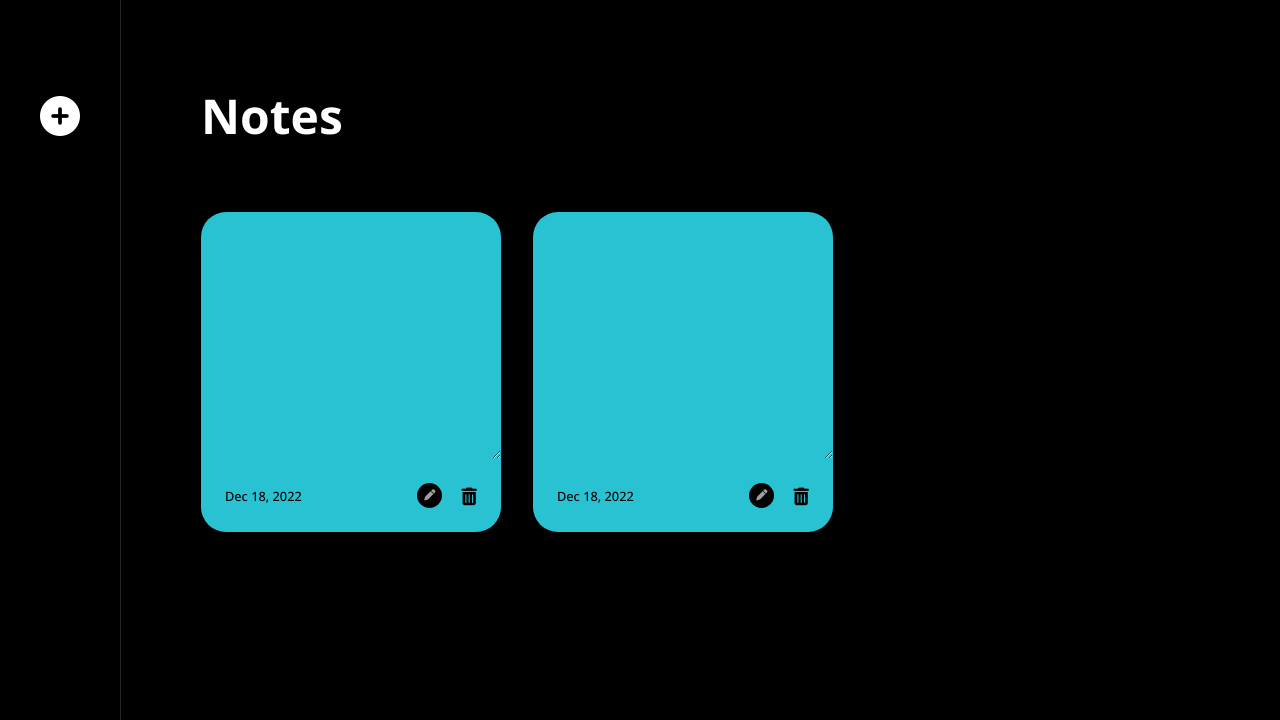
Repository: emiliaiwu/notes_app
Page: index.html
These files come from the project's save history. The page is drawn as it stood at one moment and after the next save; the edit follows.
The browser window is 1280 px wide. The pictures show the whole page.
An inner scrolling area shows only its first screen. Some web libraries are served in a nearby version.

Above is the page before, as saved 2022-12-21 00:32:17.

### index.html
<!DOCTYPE html>
<html lang="en">
<head>
    <meta charset="UTF-8">
    <meta http-equiv="X-UA-Compatible" content="IE=edge">
    <meta name="viewport" content="width=device-width, initial-scale=1.0">
    <script src="https://kit.fontawesome.com/fd9c36575f.js" crossorigin="anonymous"></script>
    <link rel="stylesheet" href="style.css">
    <script src="script.js" defer></script>
    <title>Notes App</title>
</head>
<body>
    <div class="container">
        <div class="add_colors">
            <div class="add_color"><i class="fa-solid fa-circle-plus"></i></div>
            <ul class="note_colors">
                <li  style = "--i: 1; background-color: #F66B6B;" class="note_color c1"></li>
                <li  style = "--i: 2; background-color: #a659ff;" class="note_color c2"></li>
                <li  style = "--i: 3; background-color: #EA9231;" class="note_color c3"></li>
                <li  style = "--i: 4; background-color: #29C2D3;" class="note_color c4"></li>
                <li  style = "--i: 5; background-color: #ef58ce;" class="note_color c5"></li>
                <li  style = "--i: 6; background-color: #F7FC6C;" class="note_color c6"></li>
            </ul>
        </div>
        <div class="notes_container">
            <h1>Notes</h1>
            <div class="notes">
                <!-- <!-- <div class="note addNote">
                    <textarea class="textarea">Lorem ipsum, dolor sit amet consectetur adipisicing elit. Amet voluptas incidunt id voluptatibus dicta excepturi officiis error maxime fuga numquam!
                    </textarea>
                    <div class="footer close">
                        <div class="date">Dec 18, 2022</div>
                        <div class="edit_delete">
                           <div class="edit"><i class="fa-solid fa-pen"></i></div>
                           <div class="delete"><i class="fa-solid fa-trash-can"></i></div>
                        </div>
                    </div>
                    <ul class="footer open">
                        <li class="bold"><span>Bold</span><i class="fa-solid fa-bold"></i></li>
                        <li class="italic"><span>Italic</span><i class="fa-solid fa-italic"></i></li>
                        <li class="underline"><span>Underline</span><i class="fa-solid fa-underline"></i></li>
                        <li class="strikethrough"><span>strikethrough</span><i class="fa-solid fa-strikethrough"></i></li>
                        <li class="toggleBtn"><span>Toggle List</span><i class="fa-solid fa-list-ul"></i></li>
                        <li class="add_image"><span>Add Image</span><i class="fa-solid fa-image"></i></li>
                    </ul>

                </div> -->

                <div class="note addNote">
                    <textarea class="textarea"></textarea>
                    <div class="footer close">
                        <div class="date">Dec 18, 2022</div>
                        <div class="edit_delete">
                           <div class="edit"><i class="fa-solid fa-pen"></i></div>
                           <div class="delete"><i class="fa-solid fa-trash-can"></i></div>
                        </div>
                    </div>
                    <ul class="footer open">
                        <li class="bold"><span>Bold</span><i class="fa-solid fa-bold"></i></li>
                        <li class="italic"><span>Italic</span><i class="fa-solid fa-italic"></i></li>
                        <li class="underline"><span>Underline</span><i class="fa-solid fa-underline"></i></li>
                        <li class="strikethrough"><span>strikethrough</span><i class="fa-solid fa-strikethrough"></i></li>
                        <li class="toggleBtn"><span>Toggle List</span><i class="fa-solid fa-list-ul"></i></li>
                        <li class="add_image"><span>Add Image</span><i class="fa-solid fa-image"></i></li>
                    </ul>

                </div>

                <div class="note addNote">
                    <textarea class="textarea"></textarea>
                    <div class="footer close">
                        <div class="date">Dec 18, 2022</div>
                        <div class="edit_delete">
                           <div class="edit"><i class="fa-solid fa-pen"></i></div>
                           <div class="delete"><i class="fa-solid fa-trash-can"></i></div>
                        </div>
                    </div>
                    <ul class="footer open">
                        <li class="bold"><span>Bold</span><i class="fa-solid fa-bold"></i></li>
                        <li class="italic"><span>Italic</span><i class="fa-solid fa-italic"></i></li>
                        <li class="underline"><span>Underline</span><i class="fa-solid fa-underline"></i></li>
                        <li class="strikethrough"><span>strikethrough</span><i class="fa-solid fa-strikethrough"></i></li>
                        <li class="toggleBtn"><span>Toggle List</span><i class="fa-solid fa-list-ul"></i></li>
                        <li class="add_image"><span>Add Image</span><i class="fa-solid fa-image"></i></li>
                    </ul>

                </div>






            </div>
        </div>




    </div>

</body>
</html>

### style.css
@import url('https://fonts.googleapis.com/css2?family=Open+Sans:wght@300;400;500;700&display=swap');


* {
    margin: 0;
    padding: 0;
    box-sizing: border-box;
    list-style-type: none;

}

body {
    font-family: 'Open Sans', sans-serif;
    width: 100vw;
    height: 100vh;
    background-color: #000;
    color: #fff;

}

h1 {
    font-size: 3rem;
    margin-bottom: 4rem;
    color: #fff;
}

.container {
    display: flex;
    width: 100%;
    height: 100%;
    gap: 2rem;
}

.add_colors {
    border-right: 1px solid rgba(255, 255, 255, 0.15);
    min-height: 100vh;
    display: flex;
    flex-direction: column;
    align-items: center;
    padding: 6rem 2.5rem;

}

.note_color {
    width: 25px;
    height: 25px;
    border-radius: 50%;
    margin-bottom: 1rem;
    cursor: pointer;
    transform: translateY(calc(var(--i) * -50px));
    display: none;
    transition: all .3s ease;
}

.fa-circle-plus {
    font-size: 2.5rem;
    margin-bottom: 2rem;
    cursor: pointer;
    transition: 0.3s ease-in-out;

}

.fa-circle-plus:hover {
    transform: scale(1.2);
}








/* NOTES CONTAINER */

.notes_container {
    padding: 5.2rem 3rem;
    height: 100%;
    overflow-y: scroll;
    width: 100%;
    color: #000;
}

.notes {
    display: grid;
    grid-template-columns: repeat(3, 300px);
    grid-template-rows: repeat(3, 320px);
    gap: 2rem;
    width: 100%;
}

.note {
    display: flex;
    flex-direction: column;
    justify-content: space-between;
    align-items: flex-start;
    background-color: #29C2D3;
    padding-top: 1.5rem;
    border-radius: 25px;
     width: 100%;
}


.footer {
    display: flex;
    justify-content: space-between;
    width: 100%;
    padding: 1rem 1.5rem;
}


.edit_delete,
.edit {
    display: flex;
    align-items: center;
}

.edit_delete {
    gap: 1.2rem;
    justify-content: space-between;
}

.edit {
    background-color: #000;
    width: 25px;
    height: 25px;
    border-radius: 50%;
    color: rgb(161, 159, 159);
    justify-content: center;
    cursor: pointer;
}

.edit .fa-pen {
    font-size: .7rem;
}

.edit:hover {
    color: #fff;
    transition: .15s ease;
}


.delete {
    font-size: 1.1rem;
    cursor: pointer;
     transition: .2s ease;
}

.delete:hover {
    transform: scale(1.1);
    transition: .2s ease;
}

.date {
    font-weight: 500;
}


.footer.open {
    display: flex;
    align-items: flex-start;
    border-top: 1px solid rgba(0, 0, 0, 0.178);;
    width: 100%;
    padding-top: .5rem;
}

.notes li i {
    font-size: 1rem;
    padding: .6rem;
    cursor: pointer;
}

ul li i:hover {
    background-color: rgba(55, 55, 55, 0.107);
}

.notes li {
    position: relative;
}

.notes li span {
    font-family: inherit;
    font-size: .8rem;
    background-color: rgb(9, 9, 9);
    position: absolute;
    color: #fff;
    top: -120%;
    padding: .5rem;
    border-radius: 10px;
    opacity: 0;
}



.bold:hover span {
    opacity: 1;
    transition: 0.5s ease;
    right: -20%;

}

.italic:hover span {
    opacity: 1;
    transition: 0.5s ease;
     right: -20%;

}

.underline:hover span {
    opacity: 1;
    transition: 0.5s ease;
     right: -80%;

}


.strikethrough:hover span {
    opacity: 1;
    transition: 0.5s ease;
     right: -80%;

}


.toggleBtn:hover span {
    opacity: 1;
    transition: 0.5s ease;
   left: -80%;
    right: -80%;
}

.add_image:hover span {
    opacity: 1;
    transition: 0.5s ease;
    left: -80%;
    right: -50%;

}


/* ADDCARD ANIMATION */

.addNote {
    animation: addNote 0.5s linear;
}

@keyframes addNote {
    0% {transform: translate(-100%, -100%) scale(0.02);}
    50% {transform: translate(-20%, -70%) scale(0.06);}
    100% {transform: translate(0, 0) scale(1);}

}


/* OPEN AND CLOSE FUNCTIONALITY */
.footer.open {

    display: none;
}

.close {
    padding-bottom: 1.5rem;
    align-items: center;
    font-size: .8rem;
    /* display: none; */
}

textarea {
    width: 100%;
    height: 100%;
    background: none;
    outline: none;
    border: none;
    font-family: inherit;
    font-size: 1rem;
    margin-bottom: .5rem;
    line-height: 1.4;
    text-align: left;
    padding: .5rem .5rem .5rem 1.5rem;
    word-wrap: break-word;
    /* overflow-y: scroll; */
}

.scrollbar-hidden::-webkit-scrollbar {
  display: none;
}

### script.js
'use strict';

const cardColorsContainer = document.querySelector('.add_colors');
const addColorBtn = document.querySelector('.add_color');
const noteColors = cardColorsContainer.querySelectorAll('.note_color');
const noteContainer = document.querySelector('.notes');



// ADD COLORS
addColorBtn.addEventListener("click", () => {
    noteColors.forEach((noteColor, i) => {
        console.log(i);
        setTimeout(function () {
            noteColor.style.transform = 'translate(0px)';
            noteColor.style.display = 'block';
        }, 80 * i);
    })
});


// ADD NOTE

const addNote = () => {
    noteColors.forEach((noteColor) => {
        noteColor.addEventListener('click', () => {
            let color = noteColor.style.backgroundColor;
            const note = document.createElement('div');
            note.classList.add('note', 'addNote');
            note.innerHTML = `
                    <textarea class="textarea"></textarea>
                    <div class="footer close">
                        <div class="date">Today</div>
                        <div class="edit_delete">
                            <div class="edit"><i class="fa-solid fa-pen"></i></div>
                            <div class="delete"><i class="fa-solid fa-trash-can"></i></div>
                        </div>
                    </div>
                    <ul class="footer open">
                        <li class="bold"><span>Bold</span><i class="fa-solid fa-bold"></i></li>
                        <li class="italic"><span>Italic</span><i class="fa-solid fa-italic"></i></li>
                        <li class="underline"><span>Underline</span><i class="fa-solid fa-underline"></i></li>
                        <li class="strikethrough"><span>strikethrough</span><i class="fa-solid fa-strikethrough"></i></li>
                        <li class="toggleBtn"><span>Toggle List</span><i class="fa-solid fa-list-ul"></i></li>
                        <li class="add_image"><span>Add Image</span><i class="fa-solid fa-image"></i></li>
                    </ul>`;
            note.style.backgroundColor = color;
            noteContainer.prepend(note);
            console.log('/////');
        });
	});
}

addNote();

After the next save:
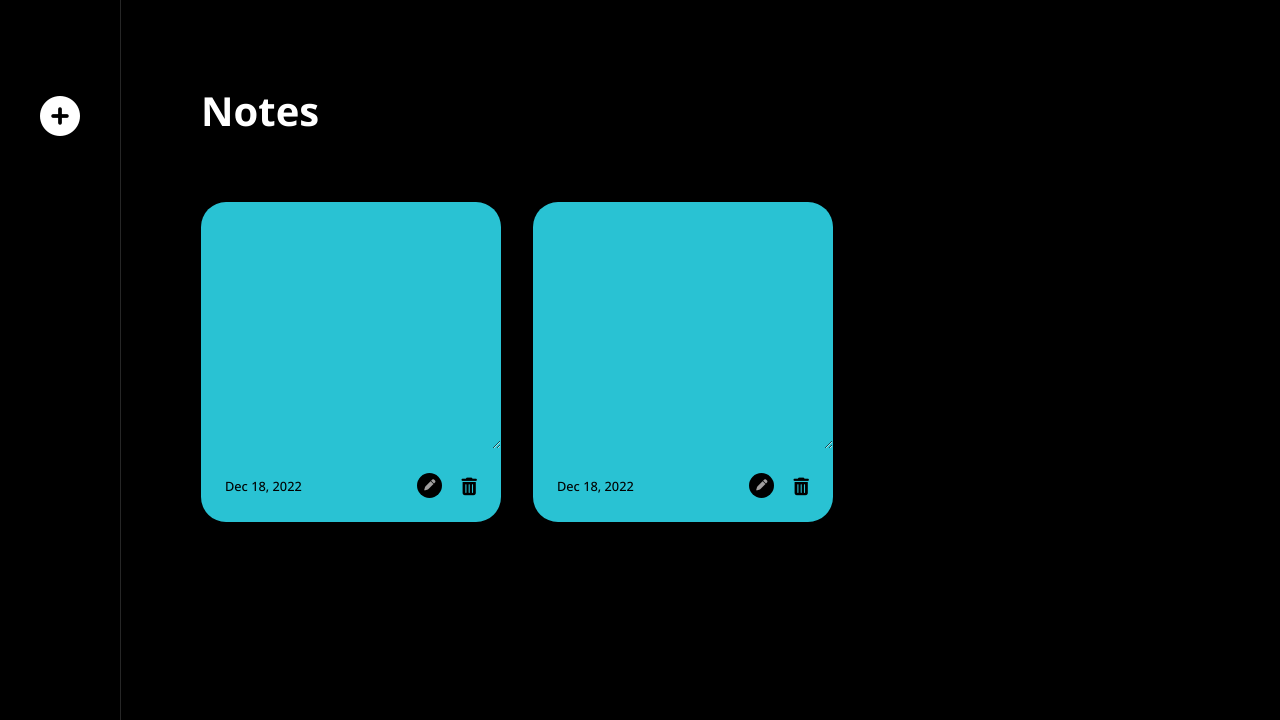
Saved 71 s later.
--- a/style.css
+++ b/style.css
@@ -19,7 +19,7 @@ body {
 }
 
 h1 {
-    font-size: 3rem;
+    font-size: 2.5rem;
     margin-bottom: 4rem;
     color: #fff;
 }
